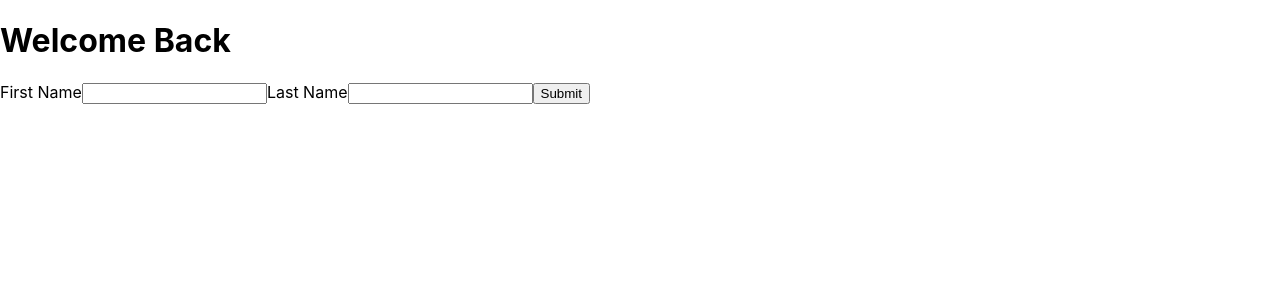
Repository: fatimash2123/todoApp
Page: /
An editor plug-in stored every save of this project. The page is shown before and after the next save, followed by the edit.
The browser window is 1280 px wide. The pictures show the whole page.
The project was rebuilt for these pictures with package versions that can differ from the ones it lists, and the page was loaded fresh each time.

Above is the page before, as saved 2024-02-12 10:45:36.

### src/App.tsx
import Login from './pages/Login/Login';

function App() {
  return (
    <Login/>
  );
}

export default App;

### src/pages/Login/Login.tsx
import styles from "./Login.module.css";
function Login() {
  return (
    <>
      <h1>Welcome Back</h1>
      <form action="/action_page.php">
        <label htmlFor="name">First Name</label>
        <input
          type="text"
          id="name"
          name="name"
        />

        <label htmlFor="email">Last Name</label>
        <input
          type="email"
          id="email"
          name="email"
        />

        <input type="submit" value="Submit" />
      </form>
    </>
  );
}
export default Login;

### src/pages/Login/Login.module.css
.formStyles{
    display: flex;
    flex-direction: column;

}

Loaded but not shown: public/index.html (common file); src/index.tsx (common file); src/index.css (common file); src/reportWebVitals.ts (common file)

After the next save:
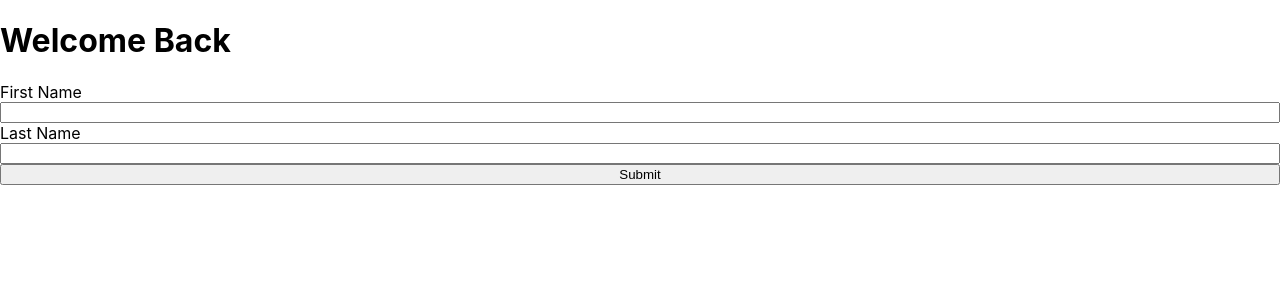
Saved 23 s later.
--- a/src/pages/Login/Login.tsx
+++ b/src/pages/Login/Login.tsx
@@ -3,7 +3,7 @@ function Login() {
   return (
     <>
       <h1>Welcome Back</h1>
-      <form action="/action_page.php">
+      <form className={styles.formStyles} action="/action_page.php">
         <label htmlFor="name">First Name</label>
         <input
           type="text"
